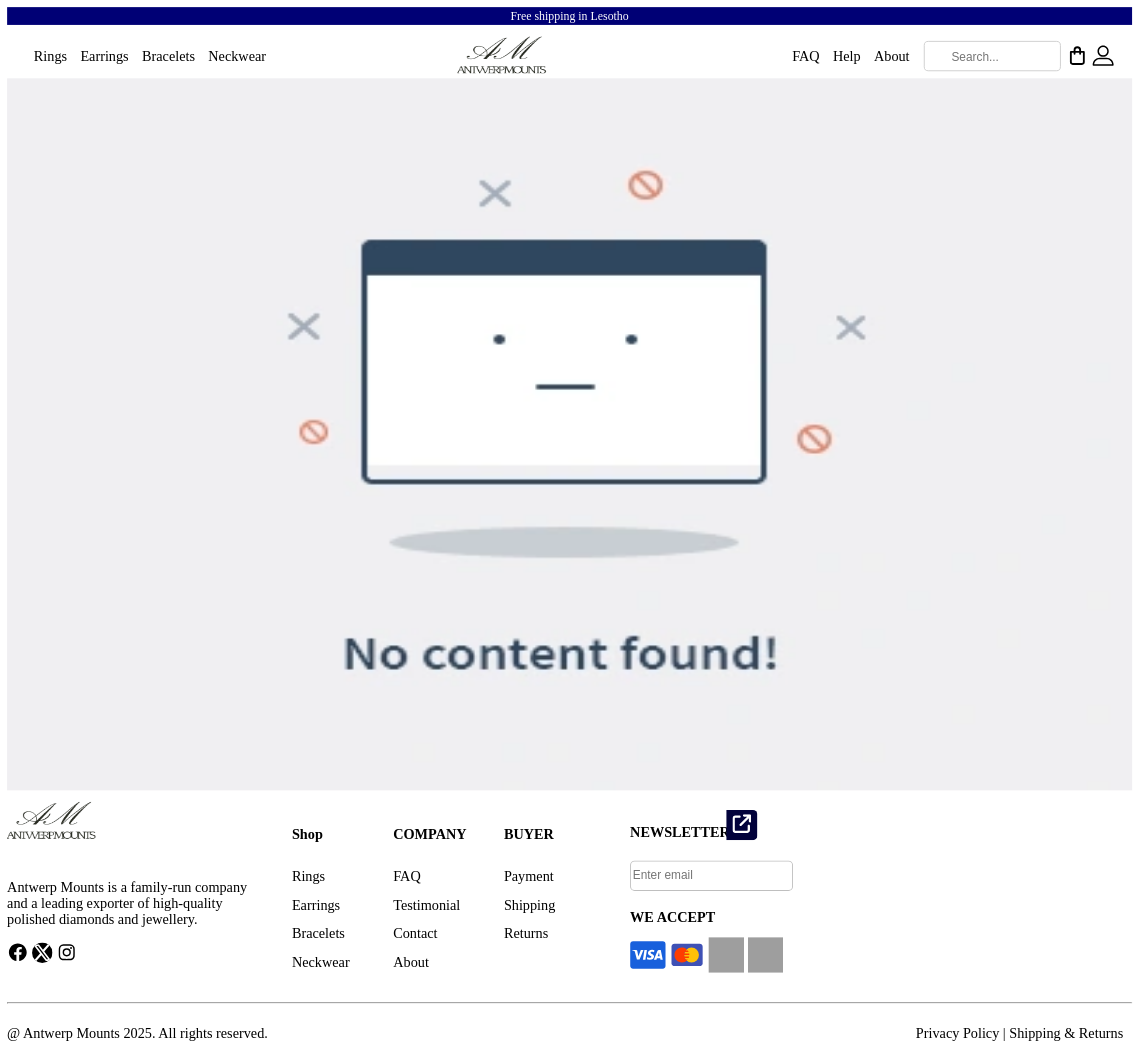
Repository: kea-0424/Web-Development-Project-1
Page: First_collaboration/JewelarySite.html
An editor plug-in stored every save of this project. The page is shown before and after the next save, followed by the edit.
The browser window is 1280 px wide. The pictures show the whole page, at 89% of full size.
Pictures or frames that could not be fetched are drawn as grey boxes.

Above is the page before, as saved 2025-01-23 11:17:46.

After the next save:
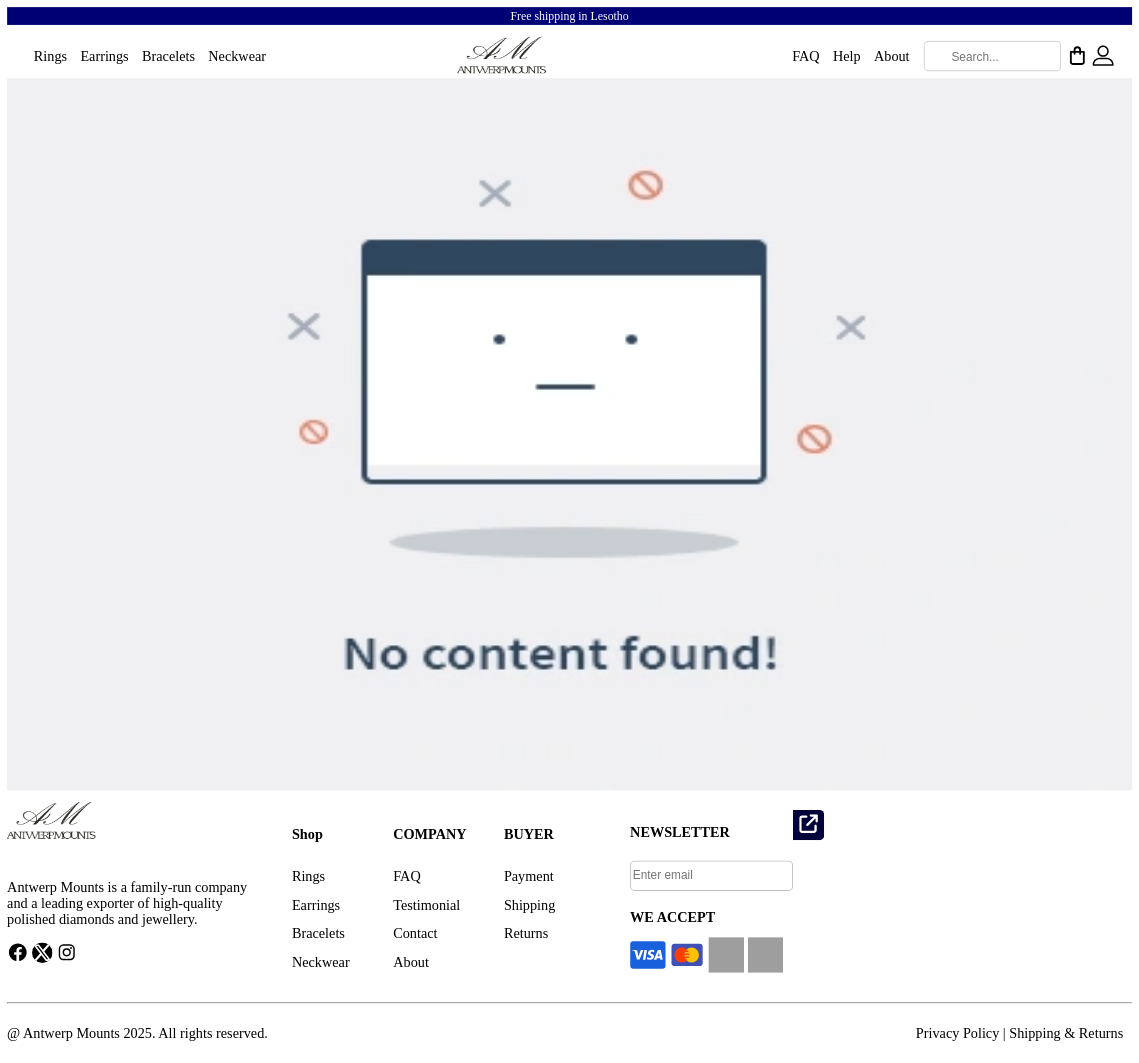
Saved 45 s later.
--- a/First_collaboration/JewelarySite.css
+++ b/First_collaboration/JewelarySite.css
@@ -149,7 +149,7 @@ footer {
     height: 34px;
     width: 35px;
     position: absolute;
-    right: 40px;
+    right: px;
     top: 4px;
     border-radius:0px 5px 5px 0px;
 }
